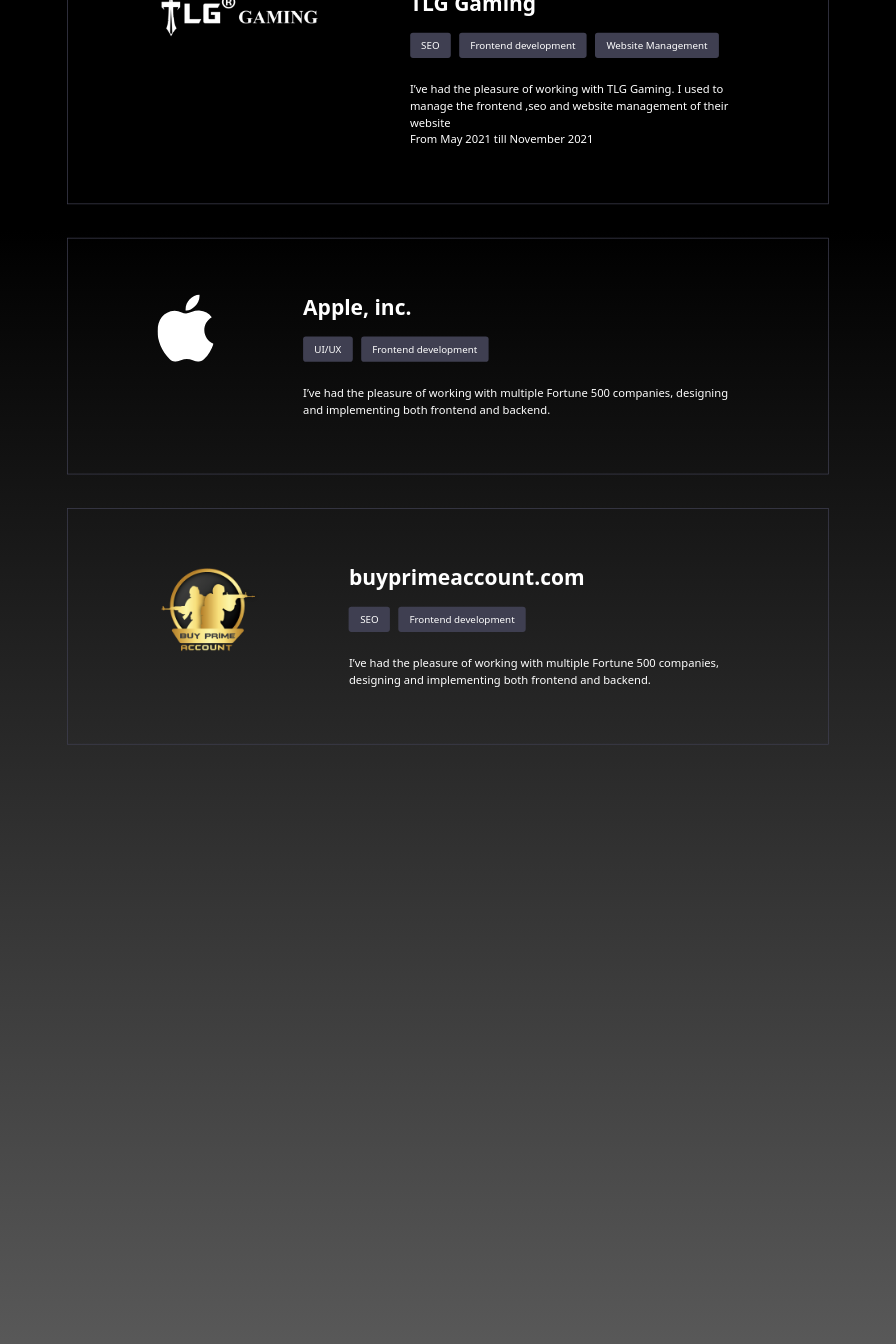
Repository: Alex0715/portfolio
Page: /components/client
These files come from the project's save history. The page is drawn as it stood at one moment and after the next save; the edit follows.
The browser window is 1280 px wide. The pictures show the part of the page from y = 534 to 2454 px (the page is 5756 px tall), at 70% of full size.
The project was rebuilt for these pictures with package versions that can differ from the ones it lists, and the page was loaded fresh each time. The framework's server and built-in components were replaced by stand-ins that run in the browser. Also part of the build but not shown: next.config.js.

Above is the page before, as saved 2022-02-04 02:19:20.

### pages/components/client.js
function Client() {
  return <div className="container mt-64 flex justify-between items-center mx-auto px-8 md:px-14 lg:px-24 w-full">
  <section className="w-full">
      <h2 id="clients" className="secondary-title text-white">Clients</h2>
      <p className="section-paragraph ">I’ve had the pleasure of working with multiple Fortune companies, designing and implementing both frontend and backend.</p>


      <div className="space-y-12 my-16">
          <div className="w-full border border-nav p-16 lg:px-32 lg:py-20 lg:space-x-32 flex justify-center lg:justify-start flex-wrap lg:flex-nowrap">


              <div className="mb-6 lg:mb-0">
                  <img src="/tlg.png" classNameName="flex flex-grow justify-content items-center"/>

              </div>


              <div className="flex flex-wrap justify-center text-center lg:text-left lg:block">
                  <h3 className="text-white text-3xl font-semibold">TLG Gaming</h3>

                  <div className="w-full lg:w-auto flex flex-wrap justify-center lg:justify-start gap-3 mt-6 mb-8">
                      <div className="badge text-white">SEO</div>
                      <div className="badge text-white">Frontend development</div>
                      <div className="badge text-white">Website Management</div>
                  </div>

                  <p className="text-white">I’ve had the pleasure of working with TLG Gaming. I used to manage the frontend ,seo and website management of their website</p>
                  <p className="text-white">From May 2021 till November 2021</p>
              </div>

          </div>
          <div className="w-full border border-nav p-16 lg:px-32 lg:py-20 lg:space-x-32 flex justify-center lg:justify-start flex-wrap lg:flex-nowrap">


              <div className="mb-6 lg:mb-0">
                  <svg width="80" height="96" viewBox="0 0 80 96" fill="none" xmlns="http://www.w3.org/2000/svg"><path d="M66.6983 92.1599C61.5487 97.2095 55.867 96.4223 50.4513 94.0415C44.6936 91.6127 39.4299 91.4591 33.3492 94.0415C25.7767 97.3439 21.7577 96.3839 17.1972 92.1599C-8.55106 65.3759 -4.75058 24.5759 24.5131 23.0399C31.6105 23.4239 36.5796 27.0047 40.7601 27.3023C46.9739 26.0255 52.9216 22.3679 59.5724 22.8479C67.5629 23.5007 73.5392 26.6879 77.5297 32.4191C61.0926 42.4031 64.9881 64.2911 80.0855 70.4351C77.0641 78.4511 73.1876 86.3711 66.6888 92.2271L66.6983 92.1599ZM40.19 22.7519C39.4204 10.8479 48.9691 1.05595 59.9525 0.0959473C61.4632 13.8239 47.6009 24.0959 40.19 22.7519Z" fill="white"/></svg>
              </div>


              <div className="flex flex-wrap justify-center text-center lg:text-left lg:block">
                  <h3 className="text-white text-3xl font-semibold">Apple, inc.</h3>

                  <div className="w-full lg:w-auto flex flex-wrap justify-center lg:justify-start gap-3 mt-6 mb-8">
                      <div className="badge text-white">UI/UX</div>
                      <div className="badge text-white">Frontend development</div>
                  </div>

                  <p className="text-white">I’ve had the pleasure of working with multiple Fortune 500 companies, designing and implementing both frontend and backend.</p>
              </div>

          </div>
          <div className="w-full border border-nav p-16 lg:px-32 lg:py-20 lg:space-x-32 flex justify-center lg:justify-start flex-wrap lg:flex-nowrap">


              <div className="mb-6 lg:mb-0">
              <img src="bp.png" alt="fb" className="flex-grow items-center "/>
              </div>


              <div className="flex flex-wrap justify-center text-center lg:text-left lg:block">
                  <h3 className="text-white text-3xl font-semibold">buyprimeaccount.com</h3>

                  <div className="w-full lg:w-auto flex flex-wrap justify-center lg:justify-start gap-3 mt-6 mb-8">
                      <div className="badge text-white">SEO</div>
                      <div className="badge text-white">Frontend development</div>
                  </div>

                  <p className="text-white">I’ve had the pleasure of working with multiple Fortune 500 companies, designing and implementing both frontend and backend.</p>
              </div>

          </div>
      </div>

  </section>
</div>;
}

export default Client;

### styles/globals.css
@tailwind base;
@tailwind components;
@tailwind utilities;

body{
    scroll-behavior: smooth;
   height: 5500px;
  background: linear-gradient(#000000, #000000 15%, #737373 51%, #ffffff 75%);

}
.left-50{
    left: 50%;
}
.right-50{
    right: 50%;
}
.top-50{
    top:50%;
}

.-z-1 {
    z-index: -1;
}

.secondary-title {
    @apply text-3xl font-bold;
}

.secondary-title::before {
    content: "";
    @apply block w-12 h-2 bg-theme rounded-full mb-1;
}

.section-paragraph {
    @apply text-secondary my-6 w-full max-w-3xl;
}

.badge {
    @apply px-4 py-2 text-sm rounded bg-badge;
}

[id] {
scroll-margin-top: 100px;
}

.left-percentage {
    left: 5%;
}

.h-screen-partial {
    height: 80vh;
}

.logo{
    transition: 0.2s;
}
.logo:hover{
    transition: 0.2s;
    letter-spacing: 0.5em;
}


.nav-dot:hover span{
    opacity:1;
    transition: background 200ms
}

Loaded but not shown: pages/_app.tsx (common file); tailwind.config.js (common file)

After the next save:
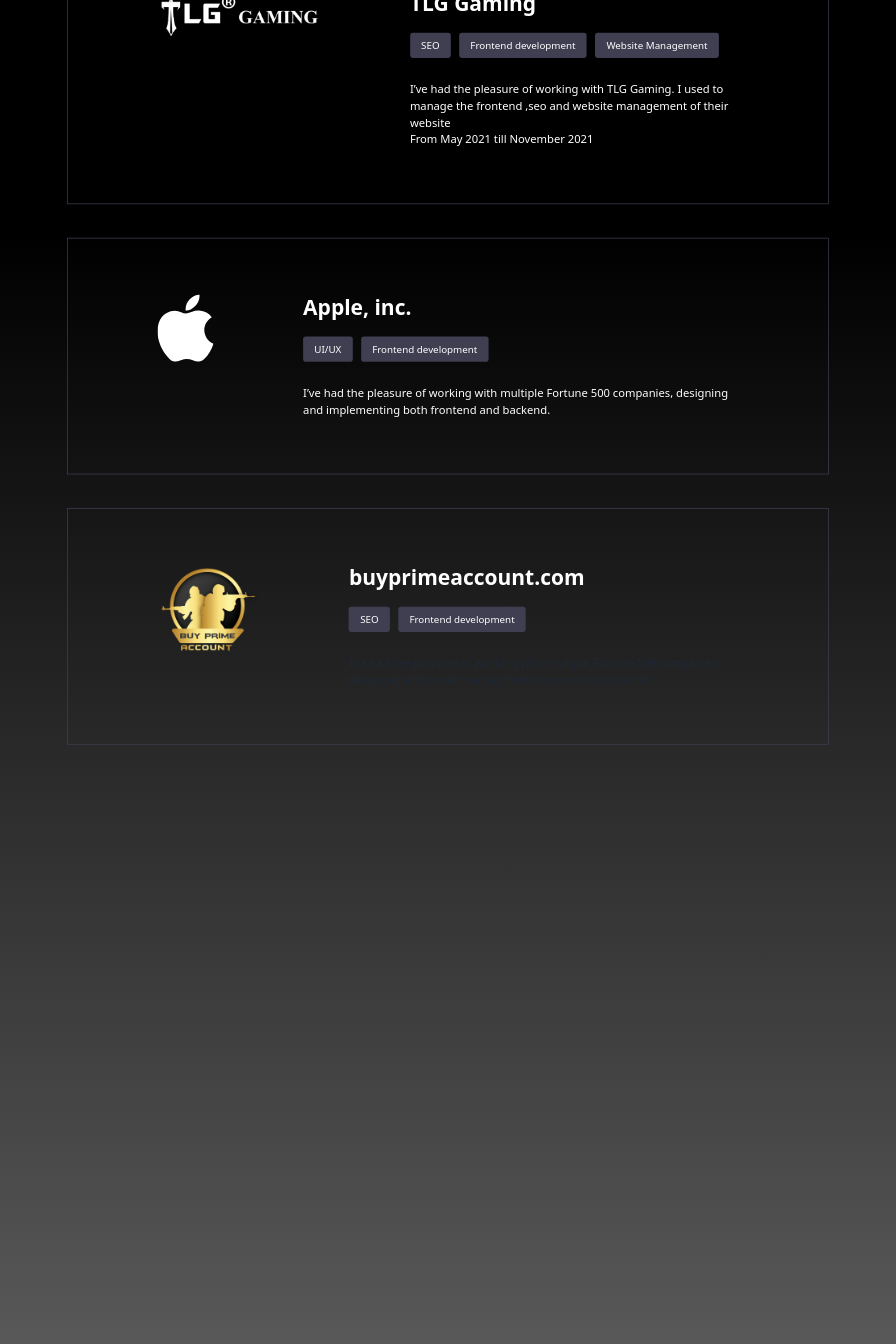
Saved 11 s later.
--- a/pages/components/client.js
+++ b/pages/components/client.js
@@ -65,7 +65,7 @@
                       <div className="badge text-white">Frontend development</div>
                   </div>
 
-                  <p className="text-white">I’ve had the pleasure of working with multiple Fortune 500 companies, designing and implementing both frontend and backend.</p>
+                  <p className="text-gray-800">I’ve had the pleasure of working with multiple Fortune 500 companies, designing and implementing both frontend and backend.</p>
               </div>
 
           </div>
